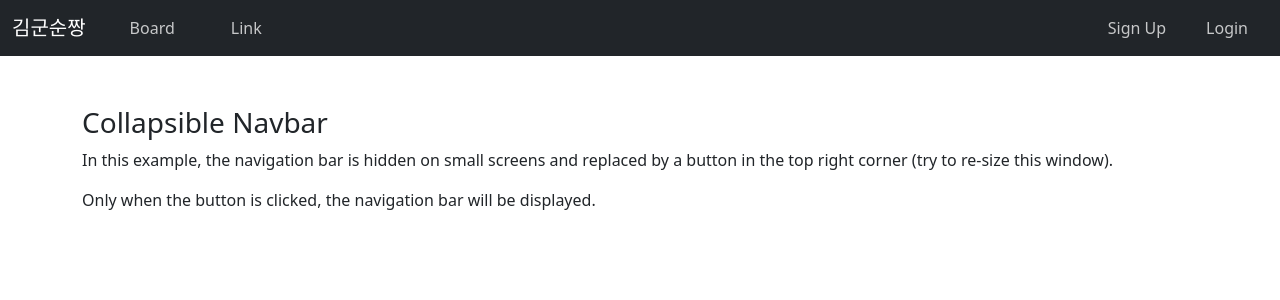
Repository: SeeUSoon93/Spring
Page: http://localhost/SpringMVC03/WEB-INF/views/index.jsp
An editor plug-in stored every save of this project. The page is shown before and after the next save, followed by the edit.
The browser window is 1280 px wide. The pictures show the whole page.
The page is served by Tomcat 9. Nobody is signed in. Other server files are loaded and not shown. The template is opened directly, without the code that normally fills it, so the values that code supplies are empty.

Above is the page before, as saved 2023-10-06 03:07:58.

### SpringMVC03/src/main/webapp/WEB-INF/views/index.jsp
<%@ page language="java" contentType="text/html; charset=UTF-8"
    pageEncoding="UTF-8"%>
<%@ taglib prefix="c" uri="http://java.sun.com/jsp/jstl/core" %>
<!DOCTYPE html>
<html lang="en">
<head>
  <title>SpringMVC03</title>
  <meta charset="utf-8">
  <meta name="viewport" content="width=device-width, initial-scale=1">

</head>
<body>

	<jsp:include page="common/header.jsp"></jsp:include>

<div class="container">
  <h3>Collapsible Navbar</h3>
  <p>In this example, the navigation bar is hidden on small screens and replaced by a button in the top right corner (try to re-size this window).
  <p>Only when the button is clicked, the navigation bar will be displayed.</p>
</div>

</body>
</html>

### SpringMVC03/src/main/webapp/WEB-INF/views/common/header.jsp
<%@ page language="java" contentType="text/html; charset=UTF-8"
    pageEncoding="UTF-8"%>
<!DOCTYPE html>
<html lang="en">
<head>
  <title>Bootstrap Example</title>
  <meta charset="utf-8">
  <meta name="viewport" content="width=device-width, initial-scale=1">
  <link href="https://cdn.jsdelivr.net/npm/bootstrap@5.3.2/dist/css/bootstrap.min.css" rel="stylesheet">
  <script src="https://cdn.jsdelivr.net/npm/bootstrap@5.3.2/dist/js/bootstrap.bundle.min.js"></script>

  <style type="text/css">

  a {
     text-decoration: none;
  }

  .navbar-collapse {
     justify-content: space-between;
  }

  .navbar-nav>li{
     padding: 0 20px;

  }

  .navbar-nav>li>a {
    color : #C7C8C9;
  }
  #header{
  	margin-bottom:50px;
  }

  </style>


</head>
<body>

<nav id="header" class="navbar navbar-expand-sm bg-dark navbar-dark">
  <div class="container-fluid">
    <a class="navbar-brand" href="/controller">김군순짱</a>
    <button class="navbar-toggler" type="button" data-bs-toggle="collapse" data-bs-target="#collapsibleNavbar">
      <span class="navbar-toggler-icon"></span>
    </button>
    <div class="collapse navbar-collapse" id="collapsibleNavbar">
      <ul class="navbar-nav">
        <li class="nav-item">
          <a class="nav-link" href="boardMain.do">Board</a>
        </li>
        <li class="nav-item">
          <a class="nav-link" href="#">Link</a>
        </li>
      </ul>
      <ul class="nav navbar-nav navbar-right">
        <li><a href="#"><span class="glyphicon glyphicon-user"></span> Sign Up</a></li>
        <li><a href="#"><span class="glyphicon glyphicon-log-in"></span> Login</a></li>
      </ul>

    </div>
  </div>
</nav>

</body>
</html>

After the next save:
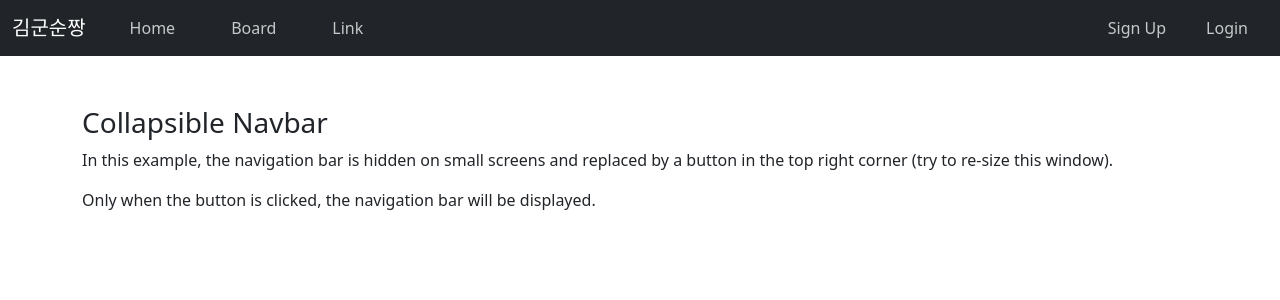
Saved 40 s later.
--- a/SpringMVC03/src/main/webapp/WEB-INF/views/common/header.jsp
+++ b/SpringMVC03/src/main/webapp/WEB-INF/views/common/header.jsp
@@ -45,6 +45,9 @@
     </button>
     <div class="collapse navbar-collapse" id="collapsibleNavbar">
       <ul class="navbar-nav">
+      <li class="nav-item">
+          <a class="nav-link" href="/controller">Home</a>
+        </li>
         <li class="nav-item">
           <a class="nav-link" href="boardMain.do">Board</a>
         </li>
